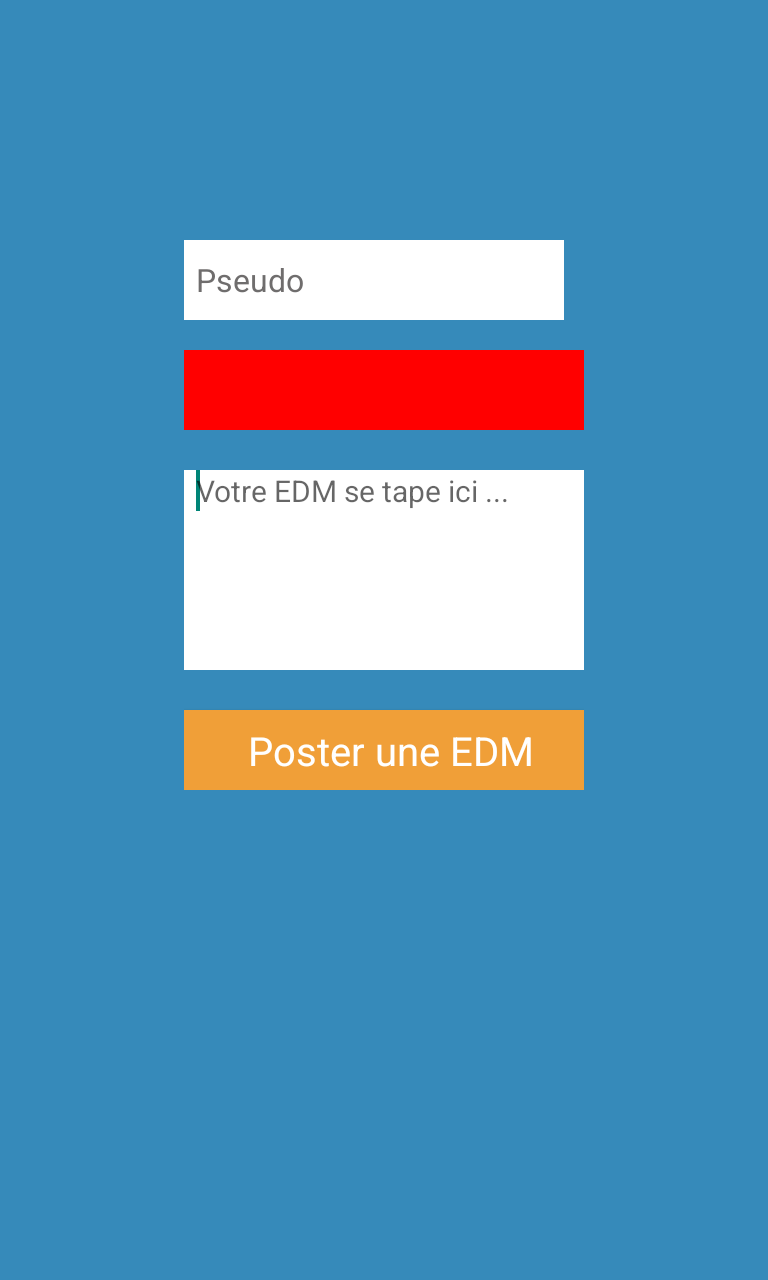
Repository: pierrealexvezinet/excusedemerde
Layout: edm/res/layout/poster_edm_fragment.xml
The author's editor kept a copy of each file at every save. The layout is drawn from the files as they stood at one save, then again after the next save.
It is drawn on a 768 x 1280 px phone screen (xhdpi) without system bars, with theme Theme.AppCompat.Light; the app's code is not run.

Above is the layout before, as saved 2014-02-22 15:12:02.

After the next save:
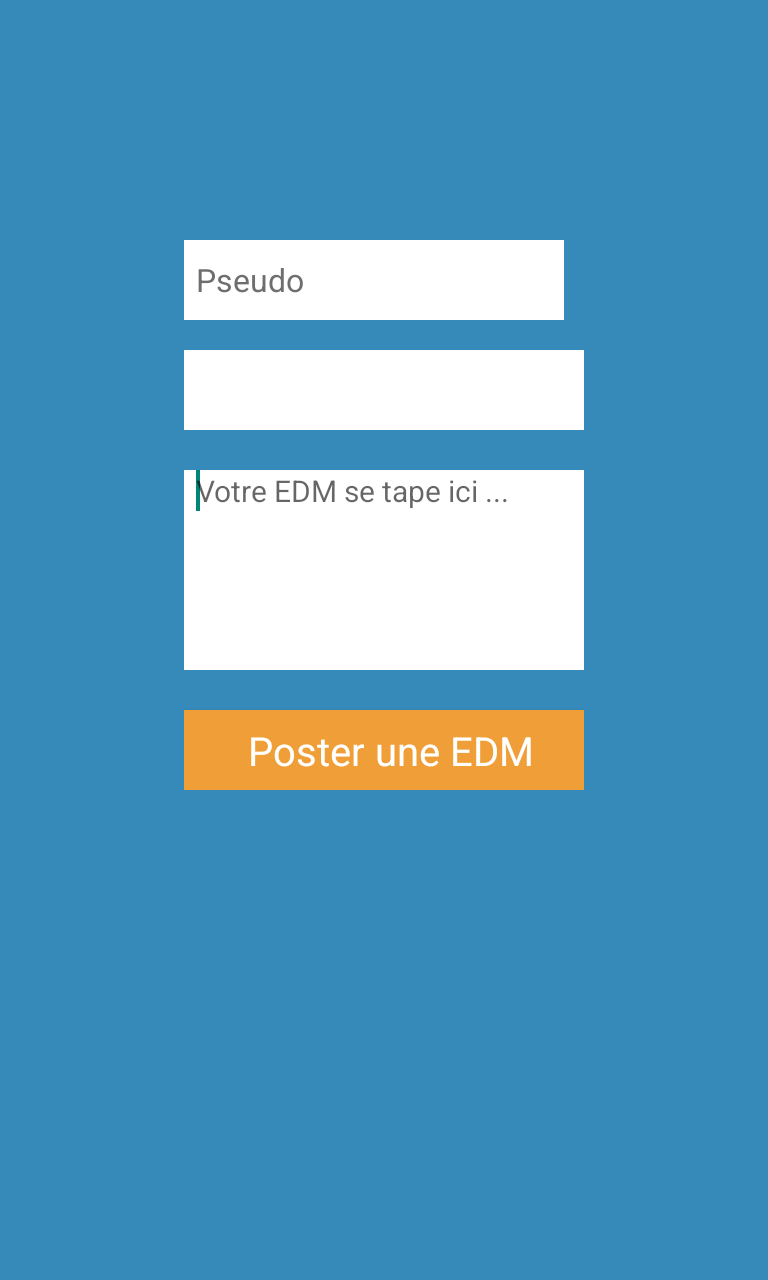
Saved 12 s later.
--- a/edm/res/layout/poster_edm_fragment.xml
+++ b/edm/res/layout/poster_edm_fragment.xml
@@ -52,7 +52,7 @@
                 android:layout_height="40dp"
                 android:textColor="@color/edm_grey_solid"
                 android:layout_marginTop="15dp"
-                android:background="@color/red" />
+                android:background="@color/white" />
 
             <EditText
                 android:id="@+id/et_poster_edm"
